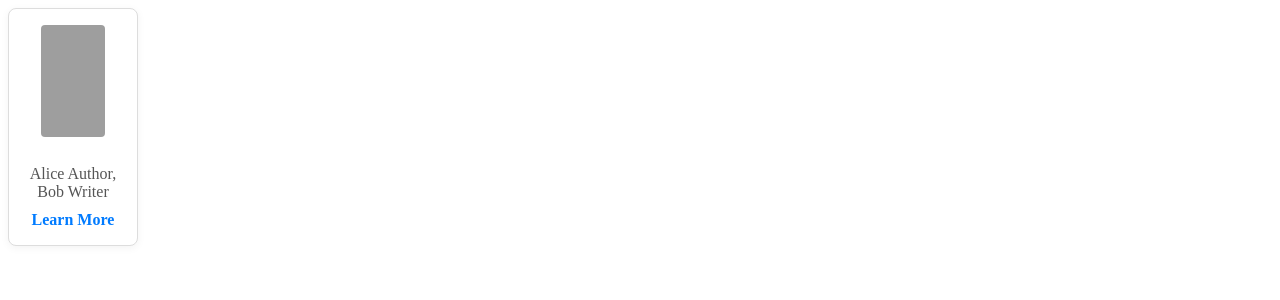
Repository: Micaelavalmores/BookCatalog
Page: /
An editor plug-in stored every save of this project. The page is shown before and after the next save, followed by the edit.
The browser window is 1280 px wide. The pictures show the whole page.
Pictures or frames that could not be fetched are drawn as grey boxes. The project was rebuilt for these pictures with package versions that can differ from the ones it lists, and the page was loaded fresh each time. Also part of the build but not shown: vite.config.js, src/index.css.

Above is the page before, as saved 2025-09-16 22:48:35.

### index.html
<!doctype html>
<html lang="en">
  <head>
    <meta charset="UTF-8" />
    <meta name="viewport" content="width=device-width, initial-scale=1.0" />
    <title>Book Catalog</title>
  </head>
  <body>
    <div id="root"></div>
    <script type="module" src="/src/main.jsx"></script>
  </body>
</html>

### src/main.jsx
import React from 'react';
import { createRoot } from 'react-dom/client';
import './index.css';
import Book from './assets/book.jsx';

const root = createRoot(document.getElementById("root"));

root.render(
  <React.StrictMode>
    <Book
      image="https://img.freepik.com/free-vector/stack-colorful-books_1308-171744.jpg?semt=ais_incoming&w=740&q=80"
      authors="Alice Author, Bob Writer"
      link="https://example.com/book-info"
    />
  </React.StrictMode>
);

### src/assets/book.jsx

import React from "react";
import "./book.css";

const book = ({ image, title, authors, link }) => (
  <div className="book-container">
    <img className="book-image" src={image} alt={title} />
    <div className="book-info">
      <h2 className="book-title">{title}</h2>
      <p className="book-authors">{authors}</p>
      <a className="book-link" href={link} target="_blank" rel="noopener noreferrer">
        Learn More
      </a>
    </div>
  </div>
);

export default book;

### src/assets/book.css
.book-container {
    max-width: 6em;
    border: 1px solid #ddd;
    border-radius: 8px;
    padding: 16px;
    display: flex;
    flex-direction: column;
    align-items: center;
    background: #fff;
    box-shadow: 0 2px 8px rgba(0,0,0,0.05);
  }

  .book-image {
    width: 4em;
    height: 7em;
    object-fit: cover;
    margin-bottom: 12px;
    border-radius: 4px;
  }

  .book-info {
    width: 100%;
    text-align: center;
  }

  .book-title {
    font-size: 18px;
    margin: 8px 0 4px;
  }

  .book-authors {
    color: #555;
    margin-bottom: 10px;
  }

  .book-link {
    display: inline-block;
    color: #007bff;
    text-decoration: none;
    font-weight: bold;
    transition: color 0.2s;
  }

  .book-link:hover {
    color: #0056b3;
  }

After the next save:
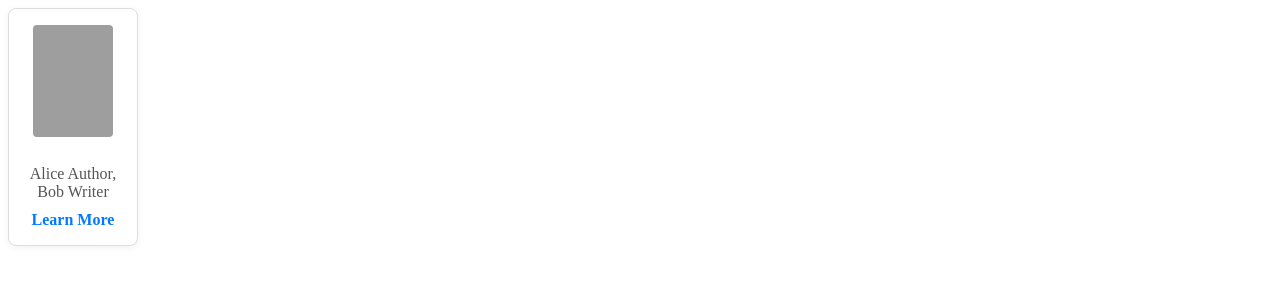
Saved 20 s later.
--- a/src/assets/book.css
+++ b/src/assets/book.css
@@ -11,7 +11,7 @@
   }
 
   .book-image {
-    width: 4em;
+    width: 5em;
     height: 7em;
     object-fit: cover;
     margin-bottom: 12px;
